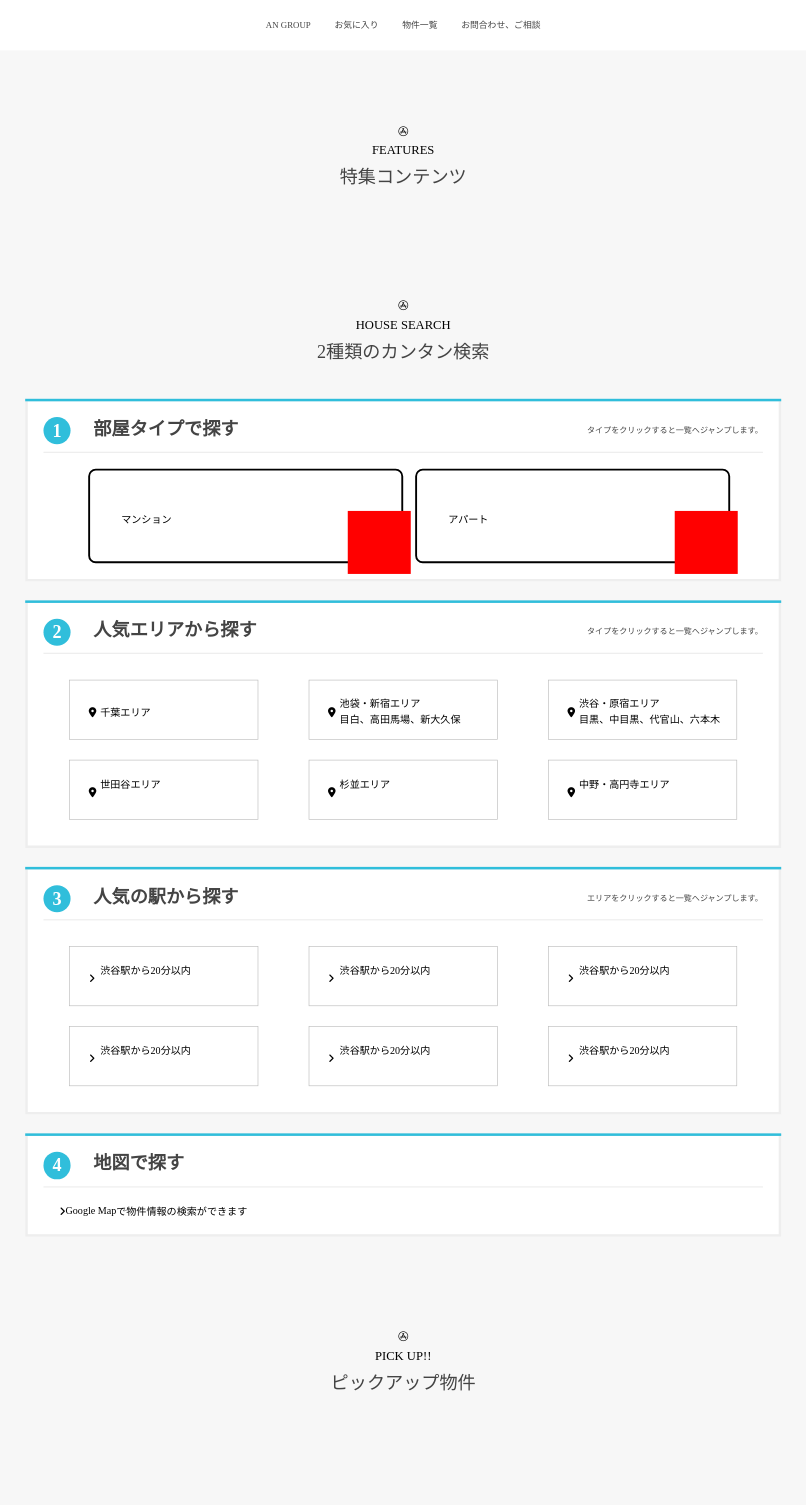
Repository: ninhdavid/real-estate
Page: index.html
The author's editor kept a copy of each file at every save. The page is drawn from the files as they stood at one save, then again after the next save.
The browser window is 1280 px wide. The pictures show the whole page, at 63% of full size.
Some web libraries are served in a nearby version. The style sheet was rebuilt from its Sass, Less or Tailwind sources for each picture, by a compiler version that may differ from the author's.

Above is the page before, as saved 2022-05-27 19:46:57.

After the next save:
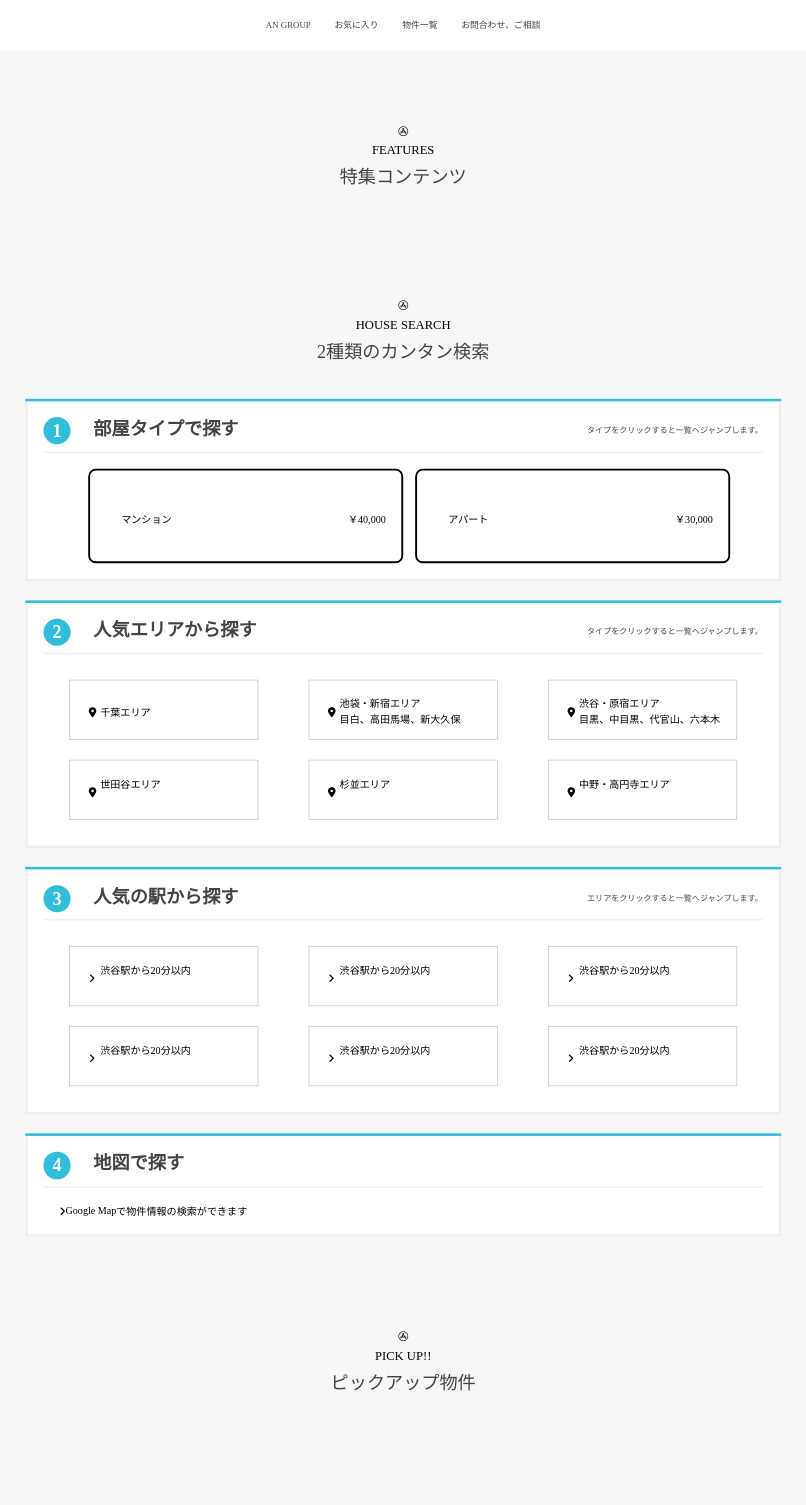
Saved 14 s later.
--- a/css/main.scss
+++ b/css/main.scss
@@ -187,7 +187,7 @@
     background-color: red;
     width:100px;
     height: 100px;
-    z-index: 5;
+    z-index: -10;
 }
 .location-des-center>p{
     transform:translateY(55%)

After the 6 saves that followed:
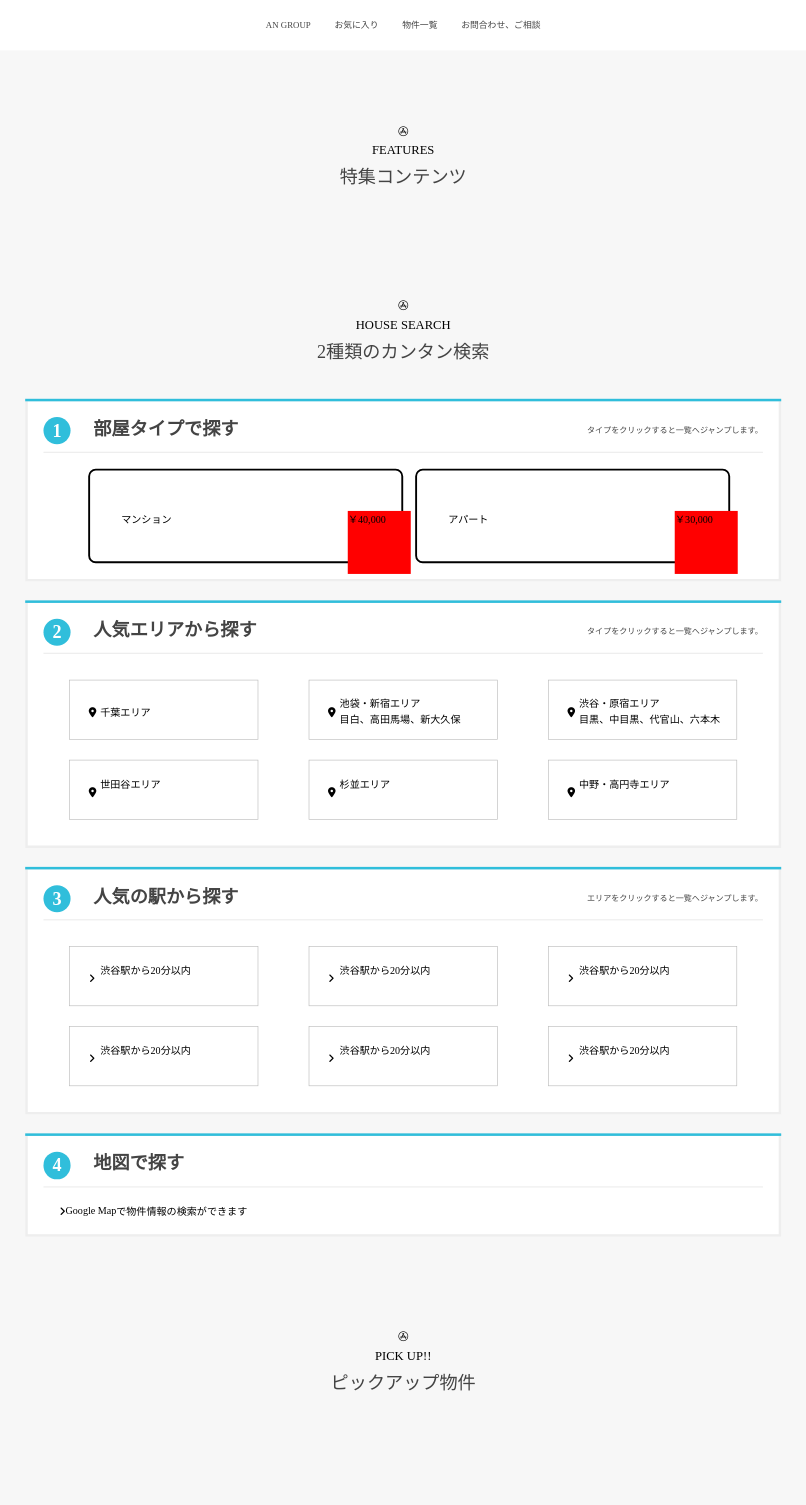
The 6 saves are shown as one change because 1 left the picture as it was and some came seconds apart.
The last was saved 47 s later.
--- a/css/main.scss
+++ b/css/main.scss
@@ -179,6 +179,7 @@
     position:absolute;
     right: 5%;
     top: 45%;
+    z-index: 1;
 }
 .list-price::before{
     content:"";
@@ -187,7 +188,7 @@
     background-color: red;
     width:100px;
     height: 100px;
-    z-index: -10;
+    z-index: -1;
 }
 .location-des-center>p{
     transform:translateY(55%)
